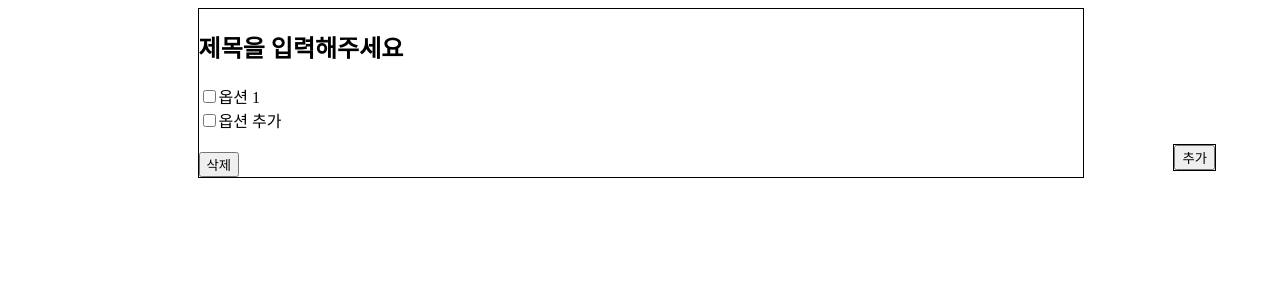
Repository: binigy97/VoteStie
Page: voteWeb/src/main/resources/static/index.html
These files come from the project's save history. The page is drawn as it stood at one moment and after the next save; the edit follows.
The browser window is 1280 px wide. The pictures show the whole page.

Above is the page before, as saved 2022-02-23 22:08:56.

### voteWeb/src/main/resources/static/index.html
<!DOCTYPE html>
<html lang="ko">
<head>
<meta charset="UTF-8">
<title>투표 사이트</title>
</head>
<style>
section {
	width: 70%;
	margin: 0 auto;
}
article {
	border: 1px solid black;
}
section > article {
	width: 100%;
}
body > article {
	position: absolute;
	top: 20%;
	right: 5%;
}
div > label {
	display: block;
	color: black;
}
div > label:last-child {
	margin-bottom: 20px;
}
</style>
<body>
<!-- 투표 내용 생성 -->
<section>
	<article>
		<h2>제목을 입력해주세요</h2>
		<div>
			<label><input type="checkbox" name="op1" value="옵션 1">옵션 1</label>
			<label><input type="checkbox" name="add_btn" value="옵션 추가">옵션 추가</label>
		</div>
		<div>
			<button>삭제</button>
		</div>
	</article>
</section>
<!-- 투표지 추가 -->
<article>
	<button>추가</button>
</article>
</body>
</html>

After the next save:
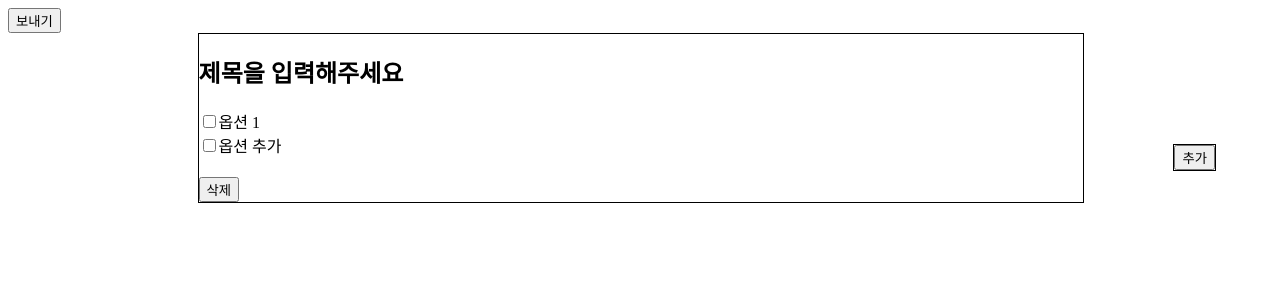
Saved 39 s later.
--- a/voteWeb/src/main/resources/static/index.html
+++ b/voteWeb/src/main/resources/static/index.html
@@ -29,6 +29,9 @@ div > label:last-child {
 }
 </style>
 <body>
+<header>
+	<button>보내기</button>
+</header>
 <!-- 투표 내용 생성 -->
 <section>
 	<article>
